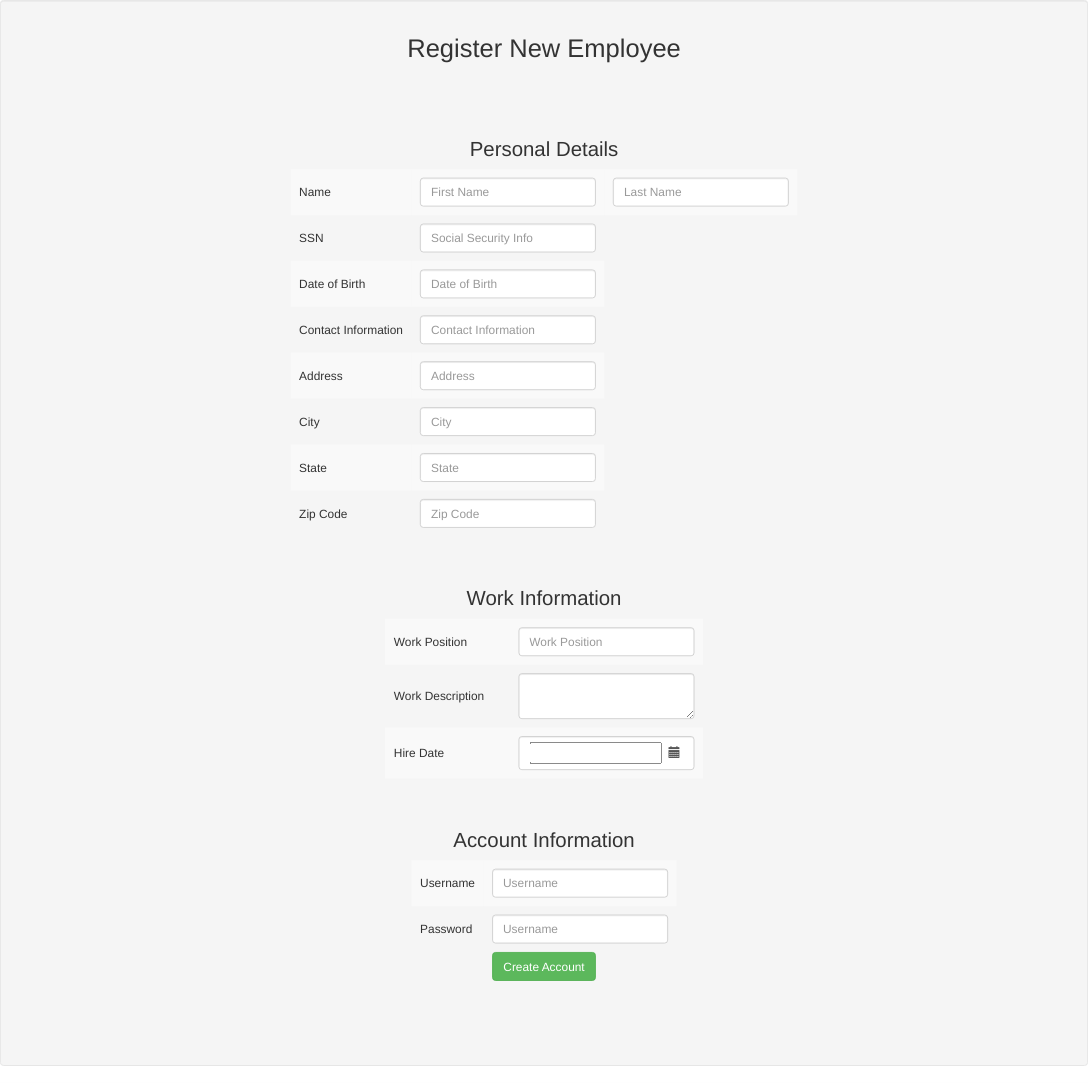
Repository: harshadrane89/CMPE273-WebService-AirlineManagement
Page: http://localhost/AirlineManagementSystemClient/TwitterGUI/NewEmployee.jsp
The author's editor kept a copy of each file at every save. The page is drawn from the files as they stood at one save, then again after the next save.
The browser window is 1280 px wide. The pictures show the whole page, at 85% of full size.
The page is served by Tomcat 9.

Above is the page before, as saved 2013-12-08 21:36:55.

After the next save:
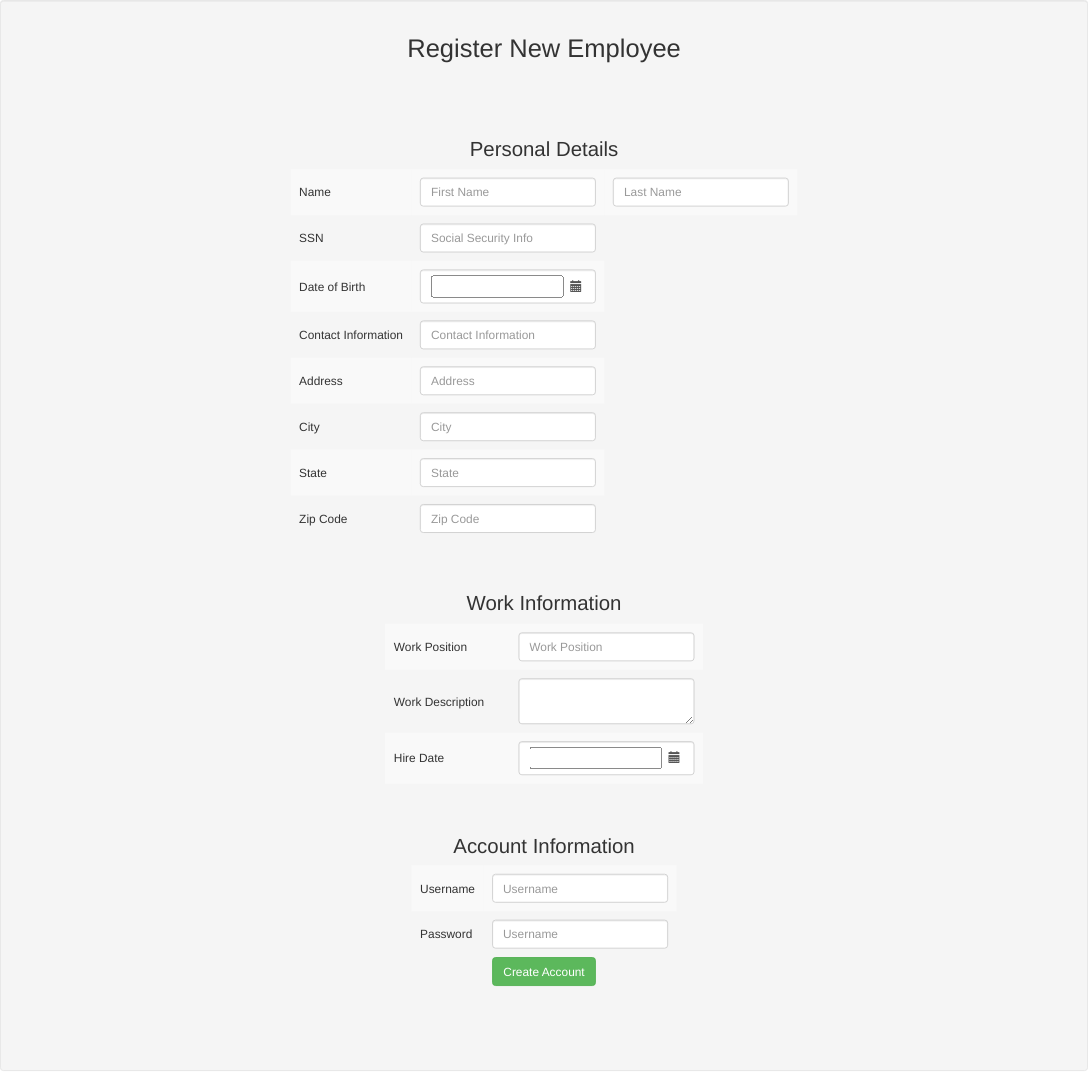
Saved 47 s later.
--- a/273_Project_Tomcat/AirlineManagementSystemClient/WebContent/TwitterGUI/NewEmployee.jsp
+++ b/273_Project_Tomcat/AirlineManagementSystemClient/WebContent/TwitterGUI/NewEmployee.jsp
@@ -41,7 +41,13 @@
 				</tr>
 				<tr>
 					<td>Date of Birth</td>
-					<td><input type="text" placeholder="Date of Birth" name="dob" value="<%=emp.getDob()!=null?emp.getDob():""%>" class="form-control" required="true">
+					<td>
+					<div class="input-append date input-group form-control" id="dp3"
+							data-date="12-07-2012" data-date-format="mm-dd-yyyy">
+							<input class="span2" name="dob" size="16" type="text"
+								value="<%=emp.getHireDate() != null ? emp.getHireDate() : ""%>" readonly> &nbsp;<span
+								class="add-on glyphicon glyphicon-calendar" required="true"></span>
+						</div>
 					</td>
 				</tr>
 				<tr>
